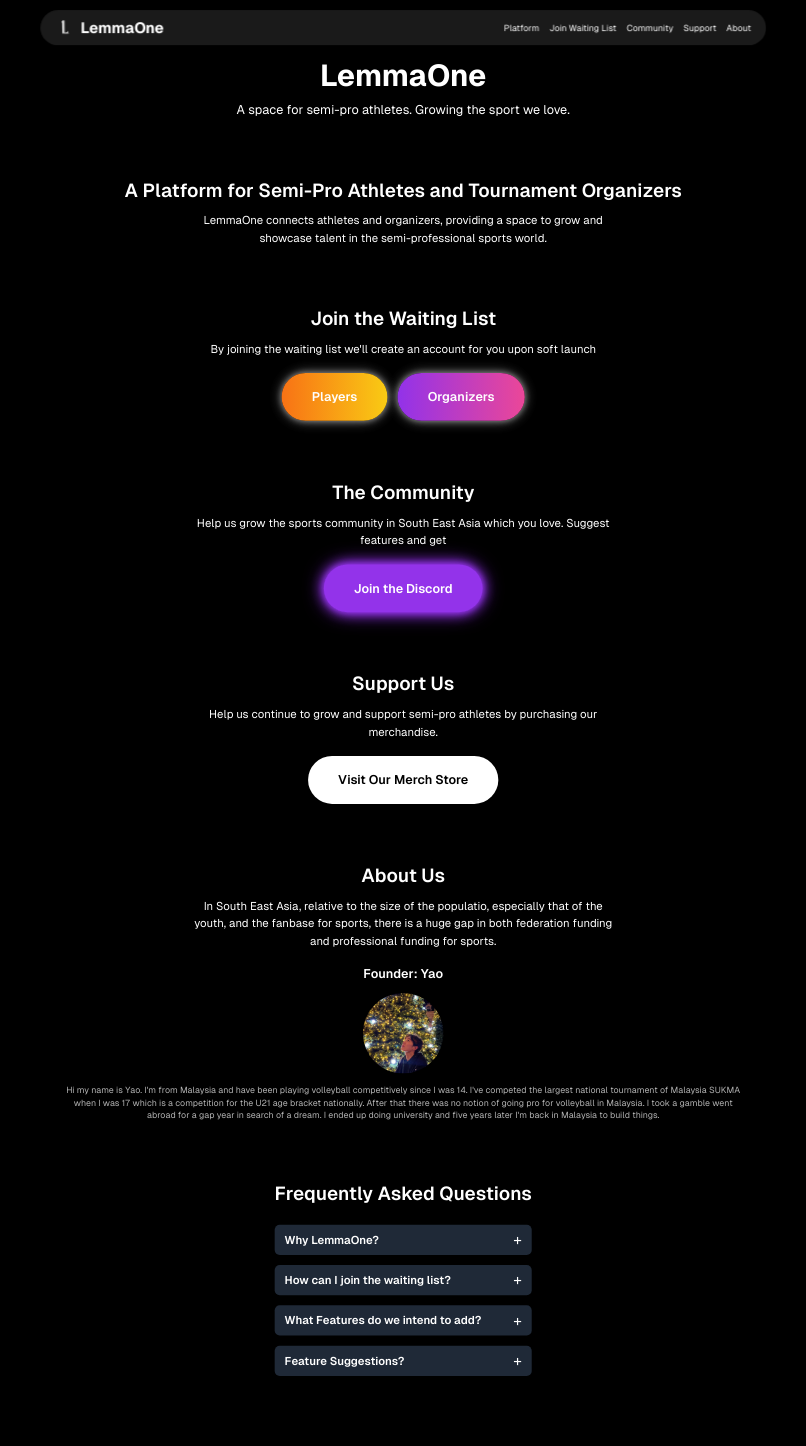
Repository: yao-creative/lemma-one-launch
Page: /
The author's editor kept a copy of each file at every save. The page is drawn from the files as they stood at one save, then again after a run of saves.
The browser window is 1280 px wide. The pictures show the whole page, at 63% of full size.
The project was rebuilt for these pictures with package versions that can differ from the ones it lists, and the page was loaded fresh each time. The framework's server and built-in components were replaced by stand-ins that run in the browser. Also part of the build but not shown: next.config.js, next.config.mjs.

Above is the page before, as saved 2024-09-26 04:18:05.

### app/layout.tsx
import type { Metadata } from "next";
import localFont from "next/font/local";
import "./globals.css";

const geistSans = localFont({
  src: "./fonts/GeistVF.woff",
  variable: "--font-geist-sans",
  weight: "100 900",
});

const geistMono = localFont({
  src: "./fonts/GeistMonoVF.woff",
  variable: "--font-geist-mono",
  weight: "100 900",
});

const nikeFont = localFont({
  src: "./fonts/Futura-Condensed-Extra-Bold.otf",
  variable: "--font-nike",
});

export const metadata: Metadata = {
  title: "LemmaOne",
  description: "A space for semi-pro athletes. Growing the sport we love.",
};

export default function RootLayout({
  children,
}: Readonly<{
  children: React.ReactNode;
}>) {
  return (
    <html lang="en">
      <body
        className={`${geistSans.variable} ${geistMono.variable} ${nikeFont.variable} antialiased`}
      >
        {children}
      </body>
    </html>
  );
}

### app/page.tsx
'use client';

import { useRef, useState } from 'react';
import Image from 'next/image';

export default function Home() {
  const [menuOpen, setMenuOpen] = useState(false);
  const platformRef = useRef<HTMLElement>(null);
  const waitingListRef = useRef<HTMLElement>(null);
  const communityRef = useRef<HTMLElement>(null);
  const supportRef = useRef<HTMLElement>(null);
  const aboutRef = useRef<HTMLElement>(null);
  const faqRef = useRef<HTMLElement>(null);

  const scrollToSection = (ref: React.RefObject<HTMLElement>) => {
    ref.current?.scrollIntoView({ behavior: 'smooth' });
    setMenuOpen(false);
  };

  const [openFAQ, setOpenFAQ] = useState<number | null>(null);

  const toggleFAQ = (index: number) => {
    setOpenFAQ(openFAQ === index ? null : index);
  };

  const faqs = [
    {
      question: "Why LemmaOne?",
      answer: "A Lemma is a term in mathematics for an intermediate result or tool to prove a theorem. We are creating LemmaOne to prove that semi-pro sports is possible in South East Asia."
    },
    {
      question: "How can I join the waiting list?",
      answer: "You can join the waiting list by clicking on either the 'Players' or 'Organizers' button in the 'Join the Waiting List' section. We'll create an account for you upon soft launch."
    },
    {
      question: "What Features do we intend to add?",
      answer: "We're currently building a platform for sports hosting, but would like to grow into an interactive community to help build local tournaments to create a more immersive tournament experience, broaden their reach, and find new monetization methods. This way we can help grow a sustainable semi-pro sports community in South East Asia. "
    },
    {
      question: "Feature Suggestions?",
      answer: "We're always looking for new ideas an feature improvements. Join the Discord to build a community with us."
    }
  ];

  return (
    <div className="min-h-screen bg-black text-white">
      <nav className="fixed top-0 left-0 right-0 z-10">
        <div className="mx-auto max-w-6xl mt-4 px-6 py-3 bg-white/10 backdrop-blur-md rounded-full flex justify-between items-center">
          <div className="flex items-center space-x-2">
            <Image src="/logo192.png" alt="LemmaOne Logo" width={32} height={32} />
            <h1 className="text-2xl font-bold font-nike">LemmaOne</h1>
          </div>
          <div className="hidden md:flex space-x-4 items-center">
            <button onClick={() => scrollToSection(platformRef)} className="text-sm hover:text-gray-300">Platform</button>
            <button onClick={() => scrollToSection(waitingListRef)} className="text-sm hover:text-gray-300">Join Waiting List</button>
            <button onClick={() => scrollToSection(communityRef)} className="text-sm hover:text-gray-300">Community</button>
            <button onClick={() => scrollToSection(supportRef)} className="text-sm hover:text-gray-300">Support</button>
            <button onClick={() => scrollToSection(aboutRef)} className="text-sm hover:text-gray-300">About</button>
          </div>
          <button onClick={() => setMenuOpen(!menuOpen)} className="md:hidden">
            <svg className="w-6 h-6" fill="none" stroke="currentColor" viewBox="0 0 24 24" xmlns="http://www.w3.org/2000/svg">
              <path strokeLinecap="round" strokeLinejoin="round" strokeWidth={2} d="M4 6h16M4 12h16M4 18h16" />
            </svg>
          </button>
        </div>
        {menuOpen && (
          <div className="md:hidden absolute top-full left-0 right-0 bg-black/90 backdrop-blur-md py-4">
            <button onClick={() => scrollToSection(platformRef)} className="block w-full text-left px-6 py-2 hover:bg-white/10">Platform</button>
            <button onClick={() => scrollToSection(waitingListRef)} className="block w-full text-left px-6 py-2 hover:bg-white/10">Join Waiting List</button>
            <button onClick={() => scrollToSection(communityRef)} className="block w-full text-left px-6 py-2 hover:bg-white/10">Community</button>
            <button onClick={() => scrollToSection(supportRef)} className="block w-full text-left px-6 py-2 hover:bg-white/10">Support</button>
            <button onClick={() => scrollToSection(aboutRef)} className="block w-full text-left px-6 py-2 hover:bg-white/10">About</button>
          </div>
        )}
      </nav>

      <main className="flex min-h-screen flex-col items-center justify-between p-24 space-y-24">
        <section className="text-center flex flex-col items-center">
          <h2 className="text-4xl md:text-5xl font-bold font-nike mb-4">LemmaOne</h2>
          <p className="text-lg md:text-xl max-w-2xl">A space for semi-pro athletes. Growing the sport we love.</p>
        </section>

        <section ref={platformRef} className="text-center flex flex-col items-center">
          <h3 className="text-2xl md:text-3xl font-semibold font-nike mb-4">A Platform for Semi-Pro Athletes and Tournament Organizers</h3>
          <p className="text-base md:text-lg max-w-2xl">
            LemmaOne connects athletes and organizers, providing a space to grow and showcase talent in the semi-professional sports world.
          </p>
        </section>

        <section ref={waitingListRef} className="text-center flex flex-col items-center">
          <h3 className="text-2xl md:text-3xl font-semibold font-nike mb-4">Join the Waiting List</h3>
          <p className="text-base md:text-lg mb-6 max-w-2xl">
            By joining the waiting list we'll create an account for you upon soft launch
          </p>
          <div className="flex flex-col md:flex-row justify-center space-y-4 md:space-y-0 md:space-x-4">
            <button className="px-12 py-6 rounded-full text-xl font-semibold text-white bg-gradient-to-r from-orange-500 to-yellow-400 hover:from-orange-600 hover:to-yellow-500 transition-all duration-300 animate-pulse-subtle glow-button">
              Players
            </button>
            <button className="px-12 py-6 rounded-full text-xl font-semibold text-white bg-gradient-to-r from-purple-600 to-pink-500 hover:from-purple-700 hover:to-pink-600 transition-all duration-300 animate-pulse-subtle glow-button">
              Organizers
            </button>
          </div>
        </section>

        <section ref={communityRef} className="text-center flex flex-col items-center">
          <h3 className="text-2xl md:text-3xl font-semibold font-nike mb-4">The Community</h3>
          <p className="text-base md:text-lg mb-6 max-w-2xl">
            Help us grow the sports community in South East Asia which you love. Suggest features and get
          </p>
          <a href="https://discord.gg/QztR7ZPM" className="inline-block px-12 py-6 rounded-full text-xl bg-purple-600 text-white font-semibold hover:bg-purple-700 transition-colors duration-300 neon-button">
            Join the Discord
          </a>
        </section>

        <section ref={supportRef} className="text-center flex flex-col items-center">
          <h3 className="text-2xl md:text-3xl font-semibold font-nike mb-4">Support Us</h3>
          <p className="text-base md:text-lg mb-6 max-w-2xl">
            Help us continue to grow and support semi-pro athletes by purchasing our merchandise.
          </p>
          <a href="#" className="inline-block px-12 py-6 rounded-full text-xl bg-white text-black font-semibold hover:bg-gray-200 transition-colors duration-300">
            Visit Our Merch Store
          </a>
        </section>

        <section ref={aboutRef} className="text-center flex flex-col items-center">
          <h3 className="text-2xl md:text-3xl font-semibold font-nike mb-4">About Us</h3>
          <p className="text-base md:text-lg max-w-2xl">
          In South East Asia, relative to the size of the populatio, especially that of the youth, and the fanbase for sports, there is a huge gap in both federation funding and professional funding for sports.
          </p>
          <div className="mt-6">
            <h3 className="text-xl font-semibold mb-4">Founder: Yao</h3>
            <div className="relative w-32 h-32 mx-auto mb-4">
              <Image
                src="/about/profile.jpg"
                alt="Yao - Founder"
                layout="fill"
                objectFit="cover"
                className="rounded-full"
              />
            </div>
            <p className="text-sm opacity-70">
              Hi my name is Yao. I'm from Malaysia and have been playing volleyball competitively since I was 14. I've competed the largest national tournament of Malaysia SUKMA when I was 17 which is a competition for the U21 age bracket nationally. After that there was no notion of going pro for volleyball in Malaysia. I took a gamble went abroad for a gap year in search of a dream. I ended up doing university and five years later I'm back in Malaysia to build things.
            </p>
          </div>
        </section>

        <section ref={faqRef} className="text-center flex flex-col items-center">
          <h3 className="text-2xl md:text-3xl font-semibold font-nike mb-8">Frequently Asked Questions</h3>
          <div className="w-full max-w-2xl">
            {faqs.map((faq, index) => (
              <div key={index} className="mb-4">
                <button
                  className="flex justify-between items-center w-full text-left px-4 py-2 bg-gray-800 hover:bg-gray-700 transition-colors duration-300 rounded-lg"
                  onClick={() => toggleFAQ(index)}
                >
                  <span className="text-lg font-semibold">{faq.question}</span>
                  <span className="text-2xl">{openFAQ === index ? '−' : '+'}</span>
                </button>
                {openFAQ === index && (
                  <div className="mt-2 px-4 py-2 bg-gray-900 rounded-lg">
                    <p className="text-base">{faq.answer}</p>
                  </div>
                )}
              </div>
            ))}
          </div>
        </section>
      </main>
    </div>
  );
}

### app/globals.css
@tailwind base;
@tailwind components;
@tailwind utilities;

:root {
  --background: #000000;
  --foreground: #ffffff;
}

@media (prefers-color-scheme: dark) {
  :root {
    --background: #0a0a0a;
    --foreground: #ededed;
  }
}

body {
  color: var(--foreground);
  background: var(--background);
  font-family: var(--font-geist-sans), Arial, sans-serif;
}

@layer utilities {
  .text-balance {
    text-wrap: balance;
  }
}

@keyframes pulse-subtle {
  0%, 100% {
    opacity: 1;
  }
  50% {
    opacity: 0.8;
  }
}

.animate-pulse-subtle {
  animation: pulse-subtle 2s cubic-bezier(0.4, 0, 0.6, 1) infinite;
}

.glow-button {
  box-shadow: 0 0 10px rgba(255, 255, 255, 0.5), 0 0 20px rgba(255, 255, 255, 0.3), 0 0 30px rgba(255, 255, 255, 0.1);
  transition: all 0.3s ease;
}

.glow-button:hover {
  box-shadow: 0 0 15px rgba(255, 255, 255, 0.7), 0 0 25px rgba(255, 255, 255, 0.5), 0 0 35px rgba(255, 255, 255, 0.3);
}

.neon-button {
  box-shadow: 0 0 10px #9333ea, 0 0 20px #9333ea, 0 0 30px #9333ea;
  animation: neon-glow 1.5s ease-in-out infinite alternate;
}

@keyframes neon-glow {
  from {
    box-shadow: 0 0 10px #9333ea, 0 0 20px #9333ea, 0 0 30px #9333ea;
  }
  to {
    box-shadow: 0 0 20px #9333ea, 0 0 30px #9333ea, 0 0 40px #9333ea;
  }
}

@keyframes pulse {
  0%, 100% {
    opacity: 1;
  }
  50% {
    opacity: 0.5;
  }
}

.animate-pulse {
  animation: pulse 2s cubic-bezier(0.4, 0, 0.6, 1) infinite;
}

Loaded but not shown: tailwind.config.ts (common file)

After the next 33 saves:
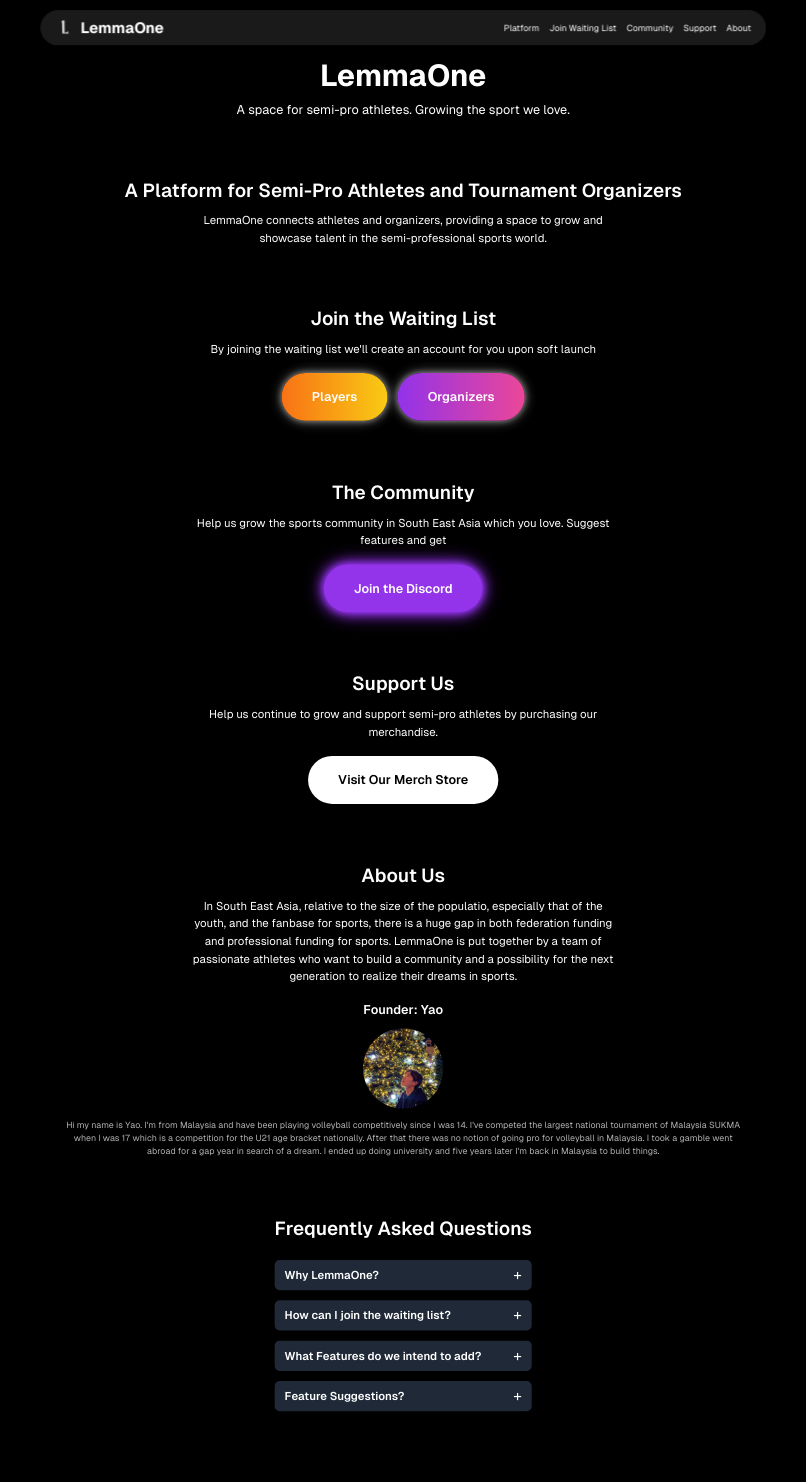
The 33 saves are shown as one change because they came seconds apart.
The last was saved 53 s later.
--- a/app/page.tsx
+++ b/app/page.tsx
@@ -125,7 +125,7 @@ export default function Home() {
         <section ref={aboutRef} className="text-center flex flex-col items-center">
           <h3 className="text-2xl md:text-3xl font-semibold font-nike mb-4">About Us</h3>
           <p className="text-base md:text-lg max-w-2xl">
-          In South East Asia, relative to the size of the populatio, especially that of the youth, and the fanbase for sports, there is a huge gap in both federation funding and professional funding for sports.
+          In South East Asia, relative to the size of the populatio, especially that of the youth, and the fanbase for sports, there is a huge gap in both federation funding and professional funding for sports. LemmaOne is put together by a team of passionate athletes who want to build a community and a possibility for the next generation to realize their dreams in sports.
           </p>
           <div className="mt-6">
             <h3 className="text-xl font-semibold mb-4">Founder: Yao</h3>
